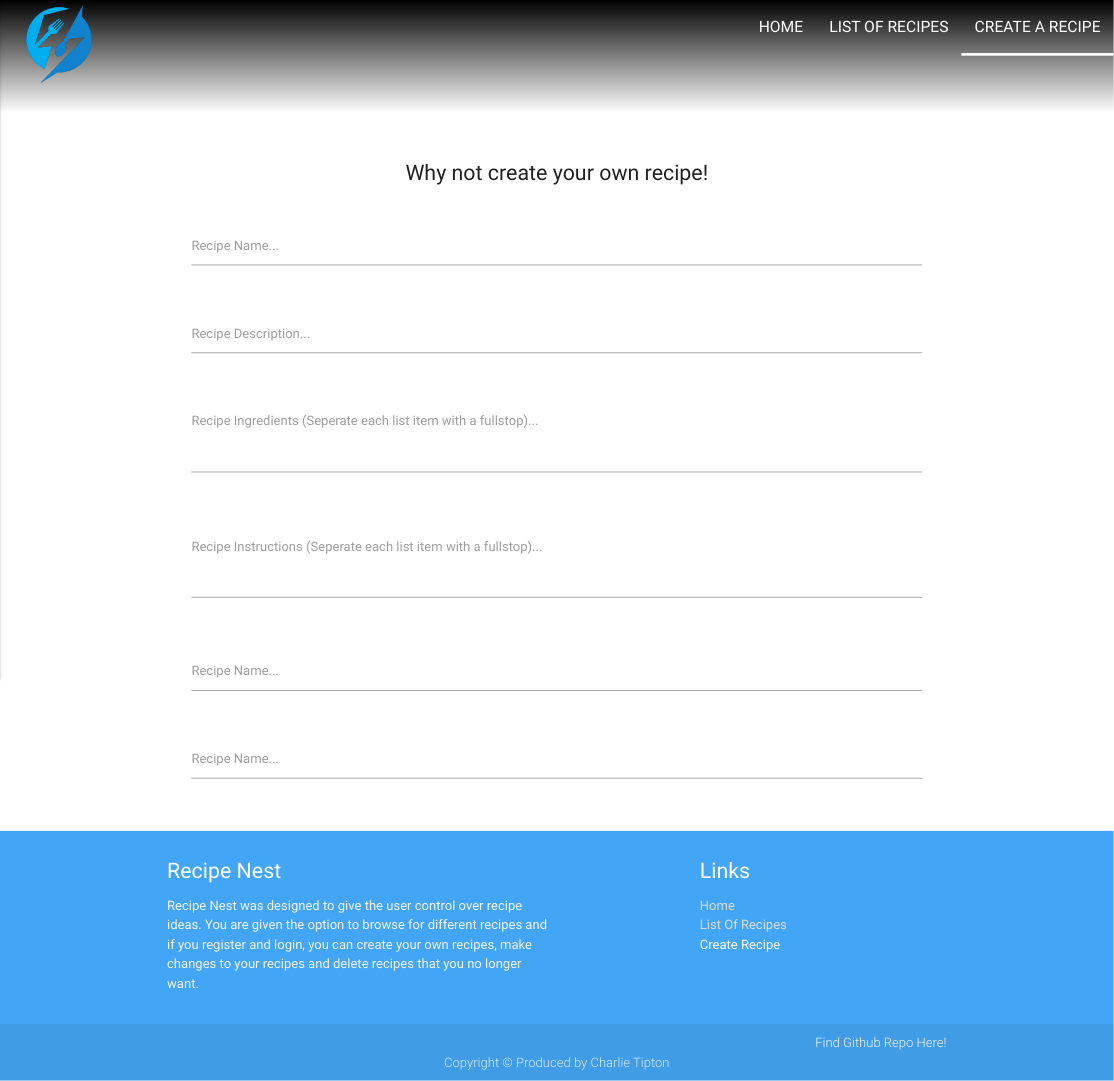
Repository: CharlieJT/Recipes
Page: http://localhost/create_recipe
The author's editor kept a record of every edit. The page is drawn from the files as they stood at one moment, then again after the next edit.
The browser window is 1280 px wide. The pictures show the whole page, at 87% of full size.
Some web libraries are served in a nearby version. The page is served by the project's application, run on Flask 3 (app.py).

Above is the page before.

After the next edit:
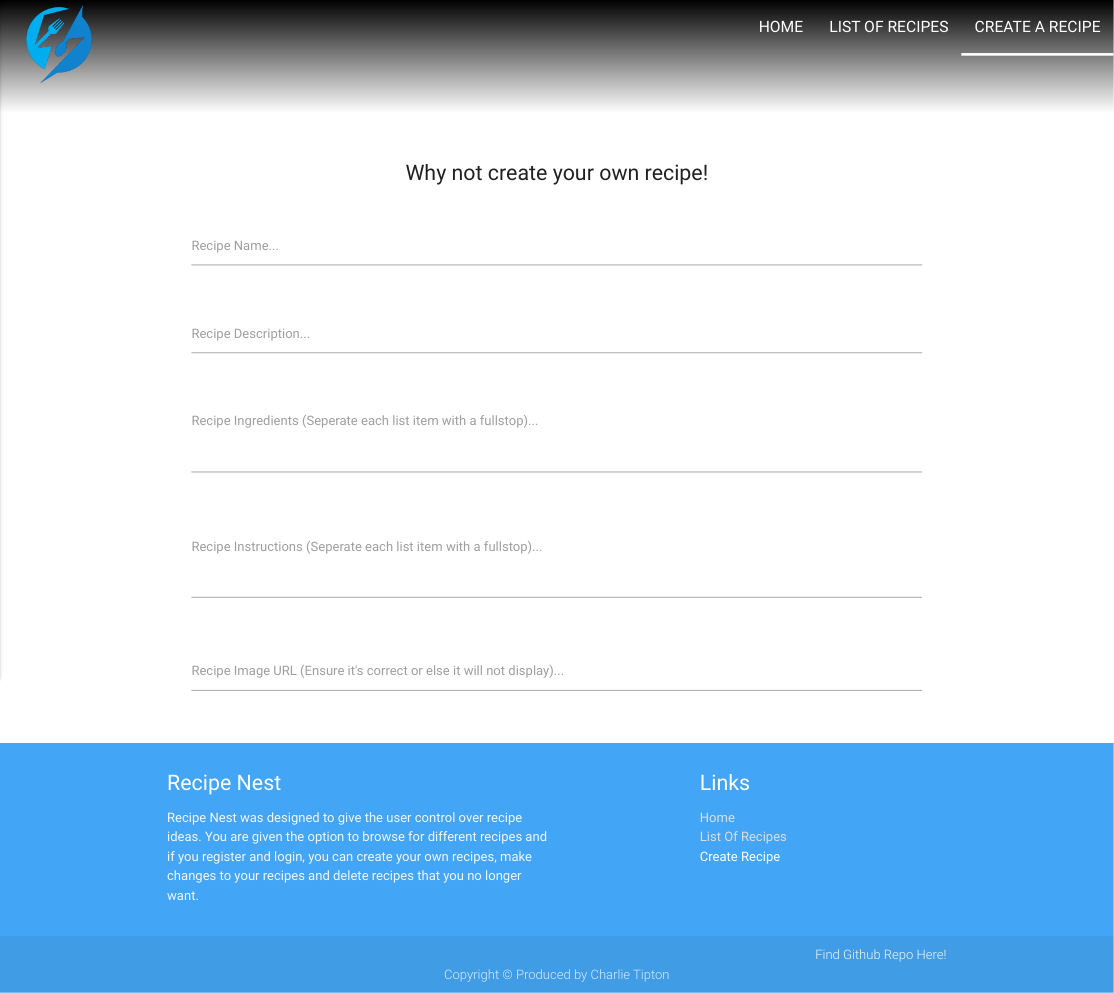
The edit:
--- a/templates/create-recipe.html
+++ b/templates/create-recipe.html
@@ -46,17 +46,10 @@
                                 <label for="create-recipe-listing-label">Recipe Instructions (Seperate each list item with a fullstop)...</label>
                             </div>
                         </div>
-
                         <div class="row recipe-name-input-row">
                             <div class="input-field col s12">
                                 <input id="create-recipe-listing" type="text" class="validate w-100">
-                                <label for="create-recipe-listing-label">Recipe Name...</label>
-                            </div>
-                        </div>
-                        <div class="row recipe-name-input-row">
-                            <div class="input-field col s12">
-                                <input id="create-recipe-listing" type="text" class="validate w-100">
-                                <label for="create-recipe-listing-label">Recipe Name...</label>
+                                <label for="create-recipe-listing-label">Recipe Image URL (Ensure it's correct or else it will not display)...</label>
                             </div>
                         </div>
                     </form>
